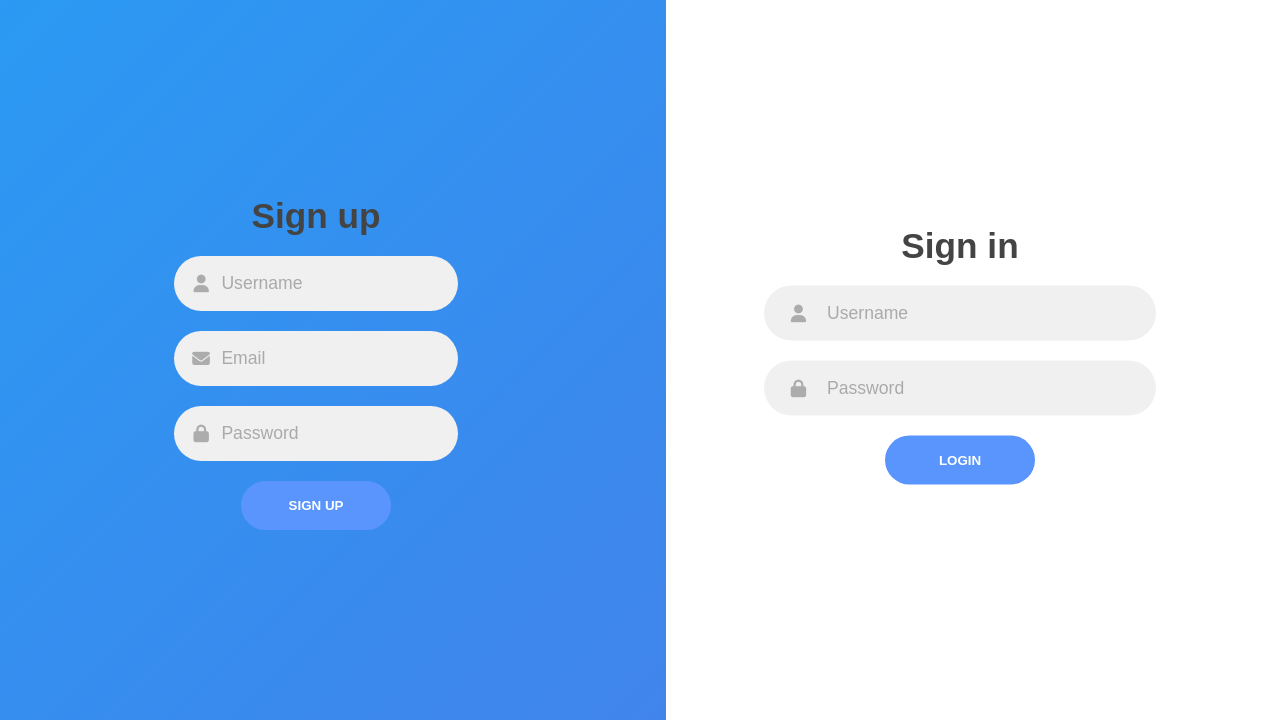
Repository: sarfaraz1611/NitteMovie.github.io
Page: login.html
An editor plug-in stored every save of this project. The page is shown before and after the next save, followed by the edit.
The browser window is 1280 px wide. The pictures show the whole page.
Some web libraries are served in a nearby version.

Above is the page before, as saved 2022-07-15 23:42:34.

After the next save:
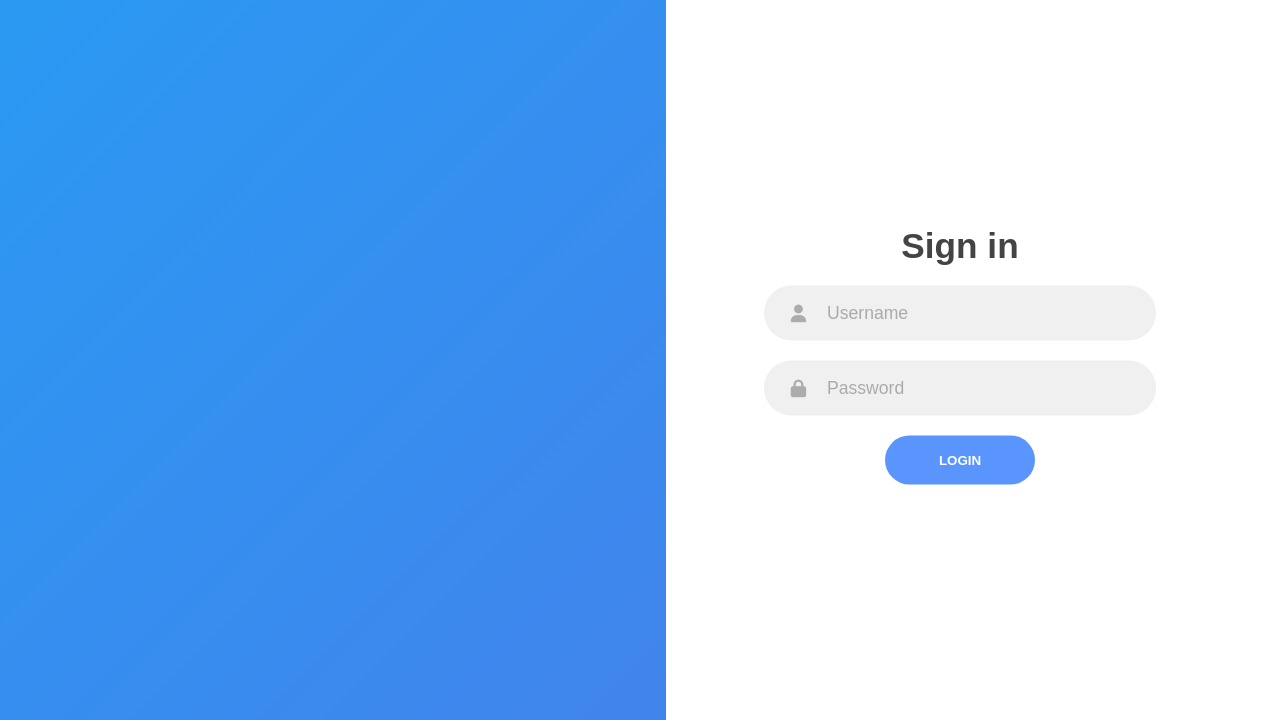
Saved 4 s later.
--- a/assets/css/main.css
+++ b/assets/css/main.css
@@ -412,14 +412,14 @@
 }
 
 
-.panel {
+/* .panel {
   display: flex;
   flex-direction: column;
   align-items: flex-end;
   justify-content: space-around;
   text-align: center;
   z-index: 6;
-}
+} */
 
 .left-panel {
   pointer-events: all;

After the save that followed:
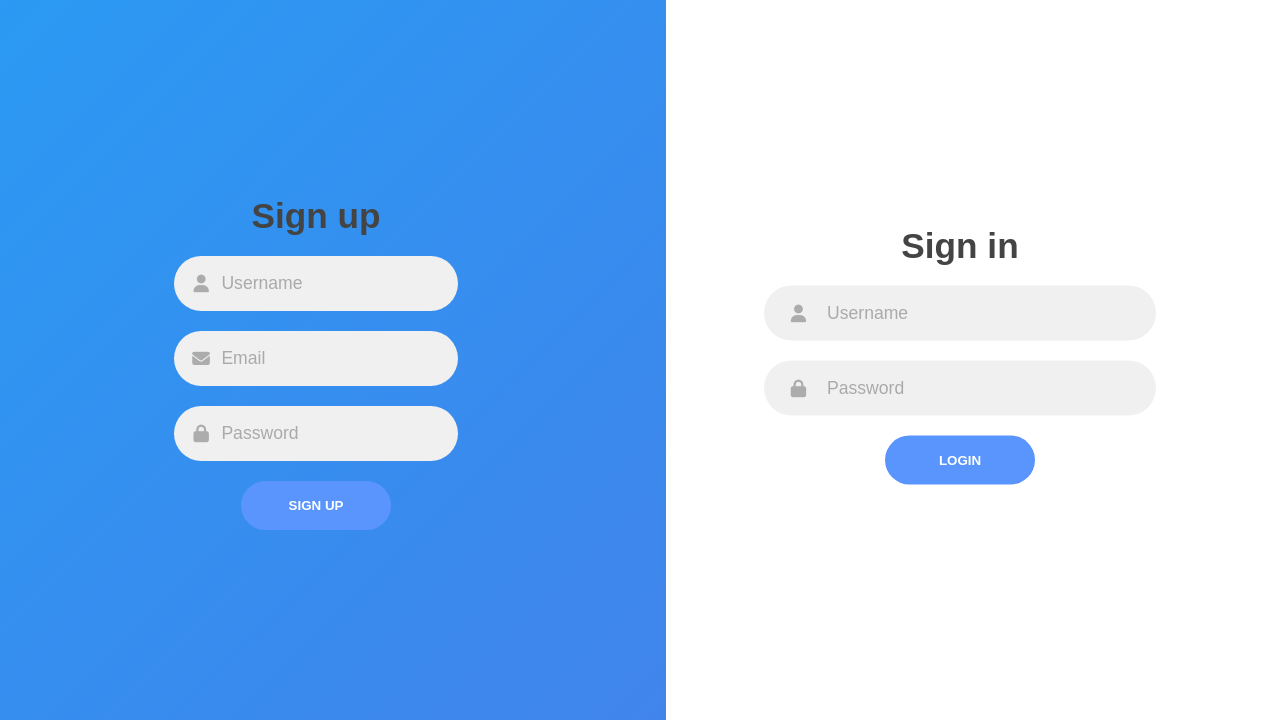
Saved 4 s later.
--- a/assets/css/main.css
+++ b/assets/css/main.css
@@ -412,14 +412,14 @@
 }
 
 
-/* .panel {
+.panel {
   display: flex;
   flex-direction: column;
   align-items: flex-end;
   justify-content: space-around;
   text-align: center;
   z-index: 6;
-} */
+}
 
 .left-panel {
   pointer-events: all;
